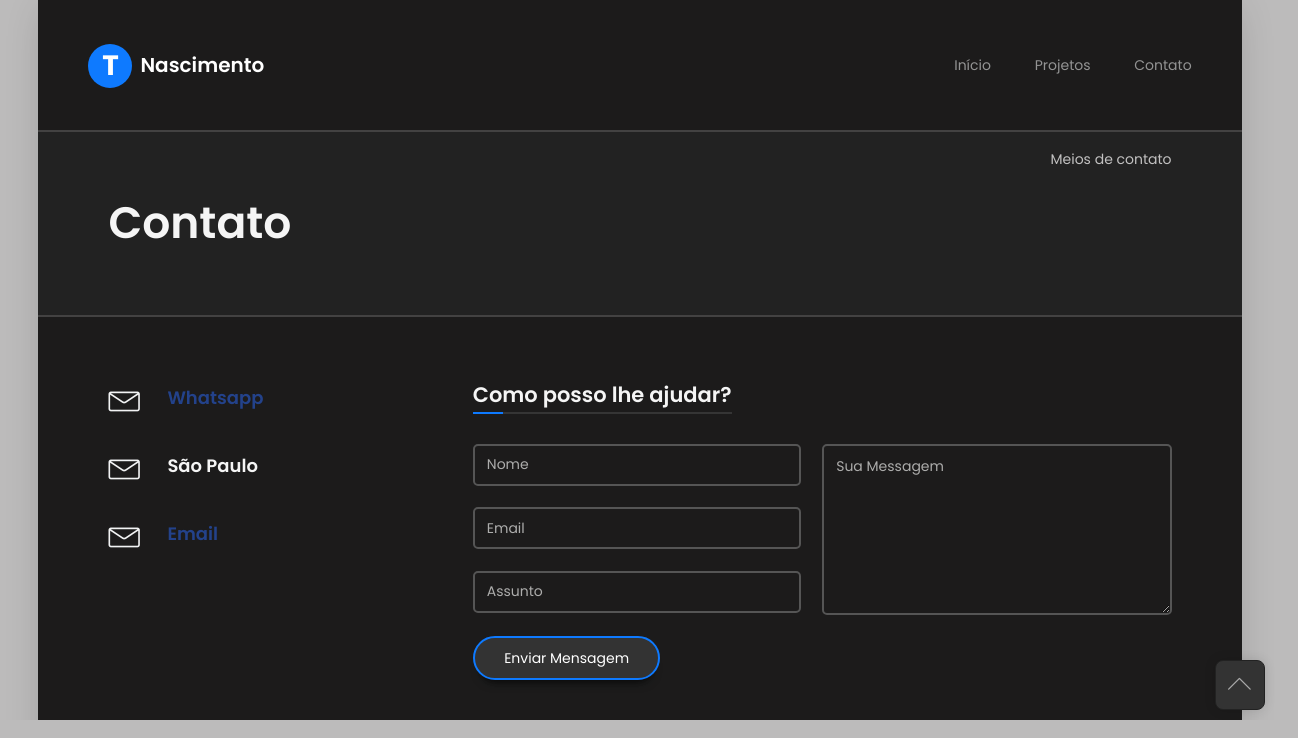
Repository: thmedu/Portfolio
Page: contact.html
These files come from the project's save history. The page is drawn as it stood at one moment and after the next save; the edit follows.
The browser window is 1280 px wide. The page is 1298 px wide, so the pictures cover 1298 px, including what lies to the right of the window. The pictures show the whole page.
An inner scrolling area shows only its first screen.

Above is the page before, as saved 2024-06-01 18:10:35.
Console error: ReferenceError: google is not defined

After the next save:
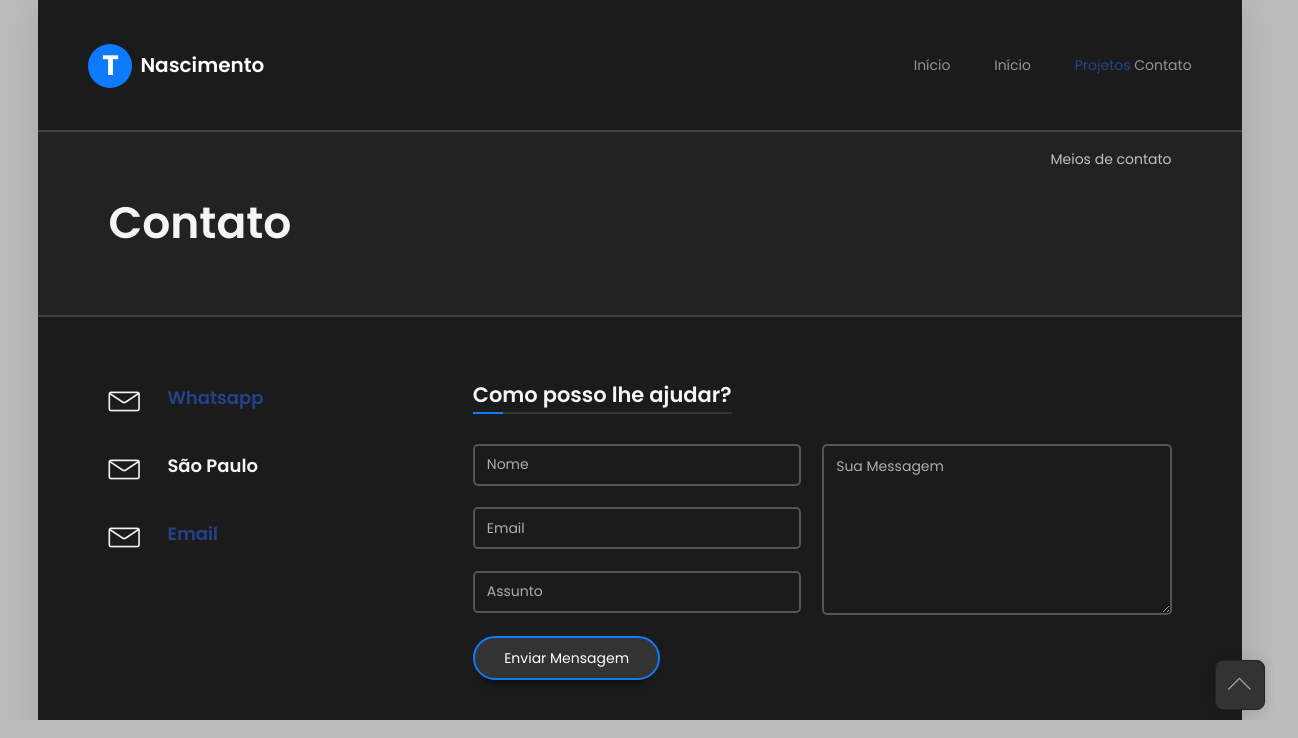
Saved 4 s later.
--- a/contact.html
+++ b/contact.html
@@ -58,7 +58,9 @@
               <li class="menu-item">
                 <a href="index.html">Início</a>
               </li>
-
+              <li class="menu-item">
+                <a href="resumo.html"> Início</a>
+              </li
 
               <li class="menu-item">
                 <a href="portfolio.html"> Projetos</a>
